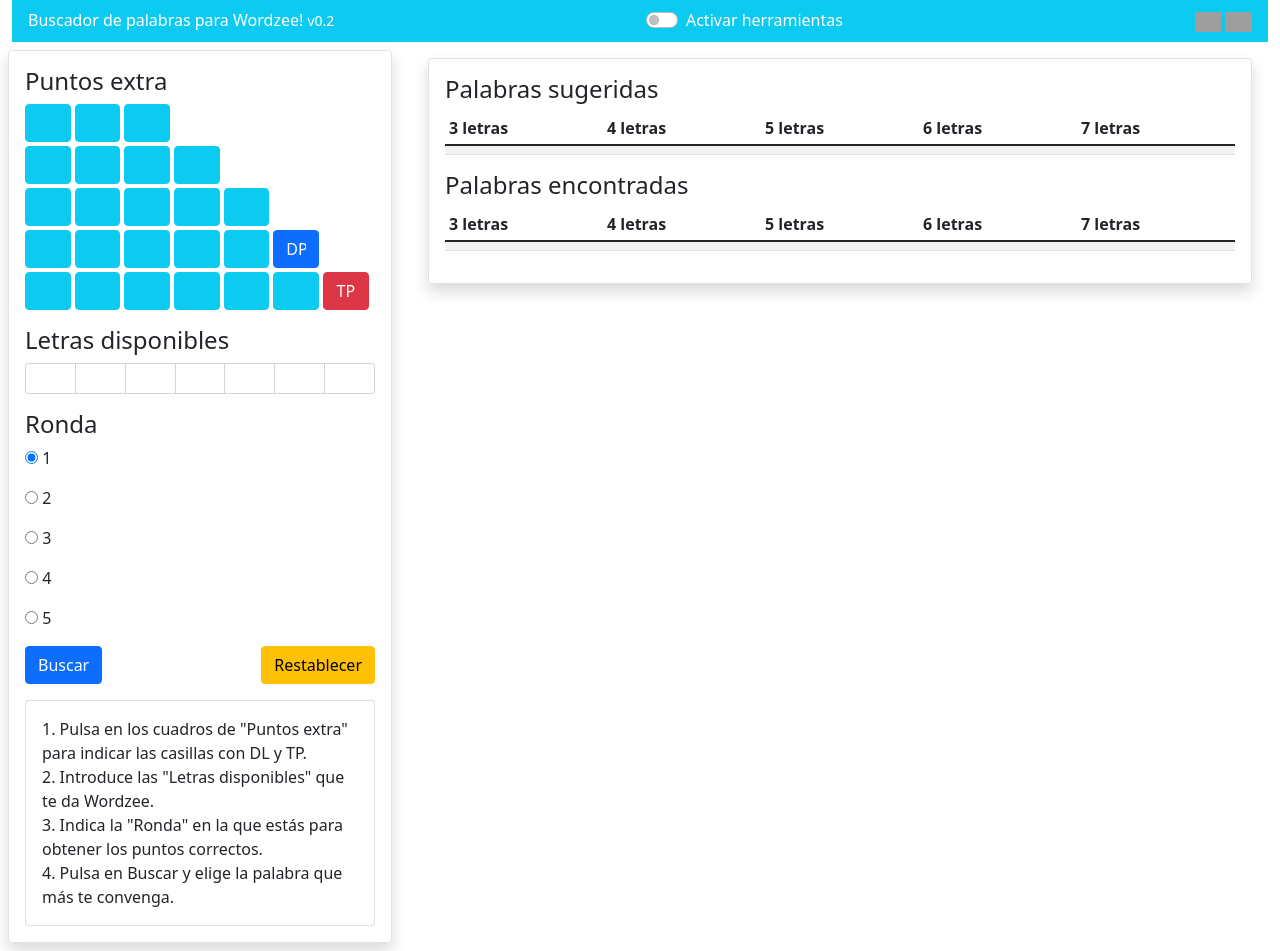
Repository: angelcafe/wordzee-bp_javascript
Page: index.html
These files come from the project's save history. The page is drawn as it stood at one moment and after the next save; the edit follows.
The browser window is 1280 px wide. The pictures show the whole page.
Pictures or frames that could not be fetched are drawn as grey boxes.

Above is the page before, as saved 2021-10-22 22:53:38.

### index.html
<!DOCTYPE html>
<html lang="es">

<head>
    <meta charset="UTF-8">
    <meta name="viewport" content="width=device-width, initial-scale=1">
    <meta http-equiv="Expires" content="0">
    <meta http-equiv="Last-Modified" content="0">
    <meta http-equiv="Cache-Control" content="no-cache, mustrevalidate">
    <meta http-equiv="Pragma" content="no-cache">
    <link rel="icon" href="favicon.ico" type="image/ico" />
    <link rel="stylesheet" href="https://cdn.jsdelivr.net/npm/bootstrap@5.1.3/dist/css/bootstrap.min.css" integrity="sha384-1BmE4kWBq78iYhFldvKuhfTAU6auU8tT94WrHftjDbrCEXSU1oBoqyl2QvZ6jIW3" crossorigin="anonymous">
    <link rel="stylesheet" href="https://cdn.jsdelivr.net/npm/bootstrap-icons@1.5.0/font/bootstrap-icons.css">
    <link rel="stylesheet" href="index.css">
    <title>Busca palabras</title>
</head>

<body>
    <div class="container-fluid">
        <!-- Cabecera -->
        <nav class="nav d-flex justify-content-between bg-info">
            <li class="nav-item">
                <span class="nav-link text-white">Buscador de palabras para Wordzee! <small>v0.2</small></span>
            </li>
            <li class="nav-item">
                <div class="nav-link text-white form-check form-switch">
                    <input class="form-check-input" type="checkbox" role="switch" id="idActivarHerramientas">
                    <label class="form-check-label" for="idActivarHerramientas">Activar herramientas</label>
                </div>
            </li>
            <li class="nav-item">
                <span class="nav-link">
                    <a href="https://www.facebook.com/BuscaPalabras-para-Wordzee-106324508497974" target="_blank"><img src="https://upload.wikimedia.org/wikipedia/commons/5/51/Facebook_f_logo_%282019%29.svg" height="20"></a>
                    <a href="https://t.me/buscadorwordzee" target="_blank"><img src="https://upload.wikimedia.org/wikipedia/commons/thumb/8/83/Telegram_2019_Logo.svg/2048px-Telegram_2019_Logo.svg.png" height="20"></a>
                </span>
            </li>
        </nav>
        <div class="row">
            <div class="col border shadow rounded m-2 p-3 principal">
                <form name="principal" method="POST">
                    <div id="idPuntosExtra">
                        <h4>Puntos extra</h4>
                        <div class="p-0 mb-1">
                            <input type="text" name="pal3let1" id="pal3let1" class="btn btn-info" value="" readonly>
                            <input type="text" name="pal3let2" id="pal3let2" class="btn btn-info" value="" readonly>
                            <input type="text" name="pal3let3" id="pal3let3" class="btn btn-info" value="" readonly>
                        </div>
                        <div class="p-0 mb-1">
                            <input type="text" name="pal4let1" id="pal4let1" class="btn btn-info" value="" readonly>
                            <input type="text" name="pal4let2" id="pal4let2" class="btn btn-info" value="" readonly>
                            <input type="text" name="pal4let3" id="pal4let3" class="btn btn-info" value="" readonly>
                            <input type="text" name="pal4let4" id="pal4let4" class="btn btn-info" value="" readonly>
                        </div>
                        <div class="p-0 mb-1">
                            <input type="text" name="pal5let1" id="pal5let1" class="btn btn-info" value="" readonly>
                            <input type="text" name="pal5let2" id="pal5let2" class="btn btn-info" value="" readonly>
                            <input type="text" name="pal5let3" id="pal5let3" class="btn btn-info" value="" readonly>
                            <input type="text" name="pal5let4" id="pal5let4" class="btn btn-info" value="" readonly>
                            <input type="text" name="pal5let5" id="pal5let5" class="btn btn-info" value="" readonly>
                        </div>
                        <div class="p-0 mb-1">
                            <input type="text" name="pal6let1" id="pal6let1" class="btn btn-info" value="" readonly>
                            <input type="text" name="pal6let2" id="pal6let2" class="btn btn-info" value="" readonly>
                            <input type="text" name="pal6let3" id="pal6let3" class="btn btn-info" value="" readonly>
                            <input type="text" name="pal6let4" id="pal6let4" class="btn btn-info" value="" readonly>
                            <input type="text" name="pal6let5" id="pal6let5" class="btn btn-info" value="" readonly>
                            <input type="text" name="pal6let6" id="pal6let6" class="btn btn-info" value="" readonly>
                        </div>
                        <div class="p-0 mb-3">
                            <input type="text" name="pal7let1" id="pal7let1" class="btn btn-info" value="" readonly>
                            <input type="text" name="pal7let2" id="pal7let2" class="btn btn-info" value="" readonly>
                            <input type="text" name="pal7let3" id="pal7let3" class="btn btn-info" value="" readonly>
                            <input type="text" name="pal7let4" id="pal7let4" class="btn btn-info" value="" readonly>
                            <input type="text" name="pal7let5" id="pal7let5" class="btn btn-info" value="" readonly>
                            <input type="text" name="pal7let6" id="pal7let6" class="btn btn-info" value="" readonly>
                            <input type="text" name="pal7let7" id="pal7let7" class="btn btn-info" value="" readonly>
                        </div>
                    </div>
                    <div id="idLetrasDisponibles">
                        <h4>Letras disponibles</h4>
                        <div class="input-group input-group-sm mb-3" id="letras">
                            <input type="text" name="letra1" id="idLetra1" size="1" maxlength="1" autocomplete="off" required="required" class="form-control text-uppercase" value="">
                            <input type="text" name="letra2" id="idLetra2" size="1" maxlength="1" autocomplete="off" required="required" class="form-control text-uppercase" value="">
                            <input type="text" name="letra3" id="idLetra3" size="1" maxlength="1" autocomplete="off" required="required" class="form-control text-uppercase" value="">
                            <input type="text" name="letra4" id="idLetra4" size="1" maxlength="1" autocomplete="off" required="required" class="form-control text-uppercase" value="">
                            <input type="text" name="letra5" id="idLetra5" size="1" maxlength="1" autocomplete="off" required="required" class="form-control text-uppercase" value="">
                            <input type="text" name="letra6" id="idLetra6" size="1" maxlength="1" autocomplete="off" required="required" class="form-control text-uppercase" value="">
                            <input type="text" name="letra7" id="idLetra7" size="1" maxlength="1" autocomplete="off" required="required" class="form-control text-uppercase" value="">
                        </div>
                    </div>
                    <div id="idRonda">
                        <h4>Ronda</h4>
                        <div class="custom-control custom-radio custom-control-inline mb-3">
                            <input type="radio" id="idRonda1" name="ronda" value="1" class="custom-control-input" checked>
                            <label class="custom-control-label" for="idRonda1">1</label>
                        </div>
                        <div class="custom-control custom-radio custom-control-inline mb-3">
                            <input type="radio" id="idRonda2" name="ronda" value="2" class="custom-control-input">
                            <label class="custom-control-label" for="idRonda2">2</label>
                        </div>
                        <div class="custom-control custom-radio custom-control-inline mb-3">
                            <input type="radio" id="idRonda3" name="ronda" value="3" class="custom-control-input">
                            <label class="custom-control-label" for="idRonda3">3</label>
                        </div>
                        <div class="custom-control custom-radio custom-control-inline mb-3">
                            <input type="radio" id="idRonda4" name="ronda" value="4" class="custom-control-input">
                            <label class="custom-control-label" for="idRonda4">4</label>
                        </div>
                        <div class="custom-control custom-radio custom-control-inline mb-3">
                            <input type="radio" id="idRonda5" name="ronda" value="5" class="custom-control-input">
                            <label class="custom-control-label" for="idRonda5">5</label>
                        </div>
                        <div class="btn-toolbar justify-content-between mt-1">
                            <button type="submit" class="btn btn-primary">Buscar</button>
                            <button type="button" onclick="restablecer()" class="btn btn-warning">Restablecer</button>
                        </div>
                    </div>
                </form>
                <div class="card mt-3">
                    <div class="card-body">
                        1. Pulsa en los cuadros de "Puntos extra" para indicar las casillas con DL y TP.
                        <br>
                        2. Introduce las "Letras disponibles" que te da Wordzee.
                        <br>
                        3. Indica la "Ronda" en la que estás para obtener los puntos correctos.
                        <br>
                        4. Pulsa en Buscar y elige la palabra que más te convenga.
                    </div>
                </div>
            </div>
            <!-- Herramientas -->
            <div class="col d-none border col m-3 p-3 shadow rounded">
                <div id="idHerramientas" class="herramientas">
                    <h4>Herramientas</h4>
                    <form class="row">
                        <div class="col">Palabra nueva:</div>
                        <div class="col">
                            <input name="palabraGuardar" id="palabraGuardar" type="text" minlength="3" maxlength="7" autocomplete="off" required="required" class="form-control text-uppercase" value="">
                        </div>
                        <div class="col">
                            <button id="idGuardar" type="button" class="btn btn-primary">Guardar</button>
                        </div>
                    </form>
                    <form class="row mt-3">
                        <div class="col">Borrar palabra:</div>
                        <div class="col">
                            <input name="palabraBorrar" id="palabraBorrar" type="text" minlength="3" maxlength="7" autocomplete="off" required="required" class="form-control text-uppercase" value="">
                        </div>
                        <div class="col">
                            <button id="idBorrar" type="button" class="btn btn-danger">Borrar</button>
                        </div>
                    </form>
                    <form class="row mt-3">
                        <div class="col">Exportar JSON:</div>
                        <div class="col"></div>
                        <div class="col">
                            <button type="button" onclick="palabras.exportar()" class="btn btn-primary">Exportar</button>
                        </div>
                    </form>
                    <form class="row mt-3">
                        <div class="col">Importar JSON:</div>
                        <div class="col custom-file">
                            <input type="file" class="custom-file-input" accept=".json" id="formFile" required="required">
                            <label class="custom-file-label" for="formFile" data-browse="Elegir"></label>
                        </div>
                        <div class="col input-group-append">
                            <button type="button" class="btn btn-warning" onclick="palabras.importar()">Importar</button>
                        </div>
                    </form>
                </div>
            </div>
        <!-- Palabras sugeridas -->
            <div class="col">
            <div class="border col m-3 p-3 shadow rounded">
                <h4>Palabras sugeridas</h4>
                <table class="table table-sm table-striped table-hover">
                    <thead>
                        <tr>
                            <th>3 letras</th>
                            <th>4 letras</th>
                            <th>5 letras</th>
                            <th>6 letras</th>
                            <th>7 letras</th>
                        </tr>
                    </thead>
                    <tbody>
                        <tr>
                            <td class="noselect"></td>
                            <td class="noselect"></td>
                            <td class="noselect"></td>
                            <td class="noselect"></td>
                            <td class="noselect"></td>
                        </tr>
                    </tbody>
                </table>
                <!-- Palabras encontradas -->
                <h4>Palabras encontradas</h4>
                <table class="table table-sm table-striped table-hover">
                    <thead>
                        <tr>
                            <th>3 letras</th>
                            <th>4 letras</th>
                            <th>5 letras</th>
                            <th>6 letras</th>
                            <th>7 letras</th>
                        </tr>
                    </thead>
                    <tbody>
                        <tr>
                            <td class="menu palenc noselect"></td>
                            <td class="menu palenc noselect"></td>
                            <td class="menu palenc noselect"></td>
                            <td class="menu palenc noselect"></td>
                            <td class="menu palenc noselect"></td>
                        </tr>
                    </tbody>
                </table>
            </div>
        </div>
    </div>
    <div id="modalAlert" class="modal fade" tabindex="-1">
        <div class="modal-dialog">
            <div class="modal-content">
                <div class="modal-header">
                    <h5 class="modal-title"></h5>
                    <button type="button" class="close" data-dismiss="modal" aria-label="Close"></button>
                </div>
                <div class="modal-body">
                    <p>Importación finalizada.</p>
                </div>
                <div class="modal-footer">
                    <button type="button" class="close" data-dismiss="modal" aria-label="Cerrar">
                        <span aria-hidden="true">&times;</span>
                    </button>
                </div>
            </div>
        </div>
    </div>
    <div id="menu">
        <div>
            <i class="bi bi-eraser-fill"></i> Borrar <span id="idBorrarPalabra"></span> de la Base de Datos
        </div>
    </div>
    <script src="https://cdn.jsdelivr.net/npm/bootstrap@5.1.3/dist/js/bootstrap.bundle.min.js" integrity="sha384-ka7Sk0Gln4gmtz2MlQnikT1wXgYsOg+OMhuP+IlRH9sENBO0LRn5q+8nbTov4+1p" crossorigin="anonymous"></script>
    <script src="index.js"></script>
</body>

</html>

### index.css
.herramientas {
    max-width: 26em;
    min-width: 24em;
}
.noselect {
    -webkit-touch-callout: none; /* iOS Safari */
    -webkit-user-select: none; /* Safari */
    -khtml-user-select: none; /* Konqueror HTML */
    -moz-user-select: none; /* Firefox */
    -ms-user-select: none; /* Internet Explorer/Edge */
    user-select: none; /* Non-prefixed version, currently
    supported by Chrome and Opera */
}
.palenc {
    cursor: pointer;
}
.principal {
    max-width: 24em;
    min-width: 24em;
}
.rosa {
    background-color: pink;
}
#idPuntosExtra input {
    width: 13%;
}
#idBorrarPalabra,
#idBotonBuscaPalabras {
    cursor: pointer;
}
#menu {
    position: absolute;
    display: none;
    padding: 0px;
    font-family: sans-serif;
    font-size: 15px;
    background: #fff;
    color: #555;
    border: 1px solid #C6C6C6;
    -webkit-transition: opacity .5s ease-in-out;
    -moz-transition: opacity .5s ease-in-out;
    transition: opacity .5s ease-in-out;
    -webkit-box-shadow: 2px 2px 2px 0px rgba(143, 144, 145, 1);
    -moz-box-shadow: 2px 2px 2px 0px rgba(143, 144, 145, 1);
    box-shadow: 2px 2px 2px 0px rgba(143, 144, 145, 1);
}
#menu div {
    display: block;
    color: #555;
    text-decoration: none;
    padding: 6px 8px 6px 8px;
    width: 294px;
    position: relative;
}
#menu div img,
#menu div i.fa {
    height: 20px;
    font-size: 17px;
    width: 20px;
    position: absolute;
    left: 5px;
    top: 2px;
}
#menu span:hover {
    color: #fff;
    background: #69a0f1;
}
#menu span {
    font-weight: bold;
}

Loaded but not shown: index.js (204 lines, source omitted)

After the next save:
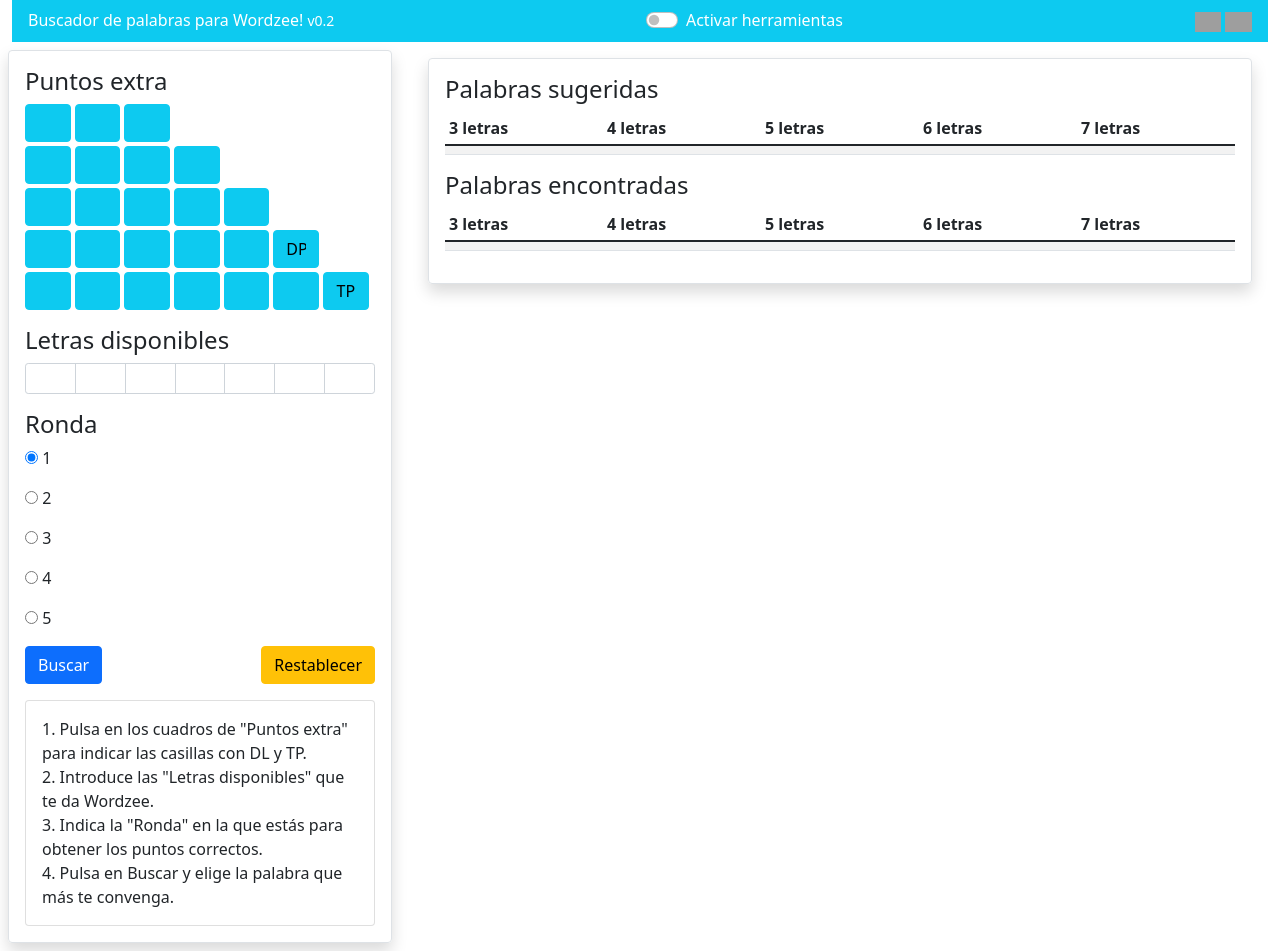
Console error: TypeError: Cannot read properties of null (reading 'addEventListener')
Saved 2 min 20 s later.
--- a/index.html
+++ b/index.html
@@ -41,9 +41,9 @@
                     <div id="idPuntosExtra">
                         <h4>Puntos extra</h4>
                         <div class="p-0 mb-1">
-                            <input type="text" name="pal3let1" id="pal3let1" class="btn btn-info" value="" readonly>
-                            <input type="text" name="pal3let2" id="pal3let2" class="btn btn-info" value="" readonly>
-                            <input type="text" name="pal3let3" id="pal3let3" class="btn btn-info" value="" readonly>
+                            <input type="text" name="pal3let1" class="btn btn-info" value="" readonly>
+                            <input type="text" name="pal3let2" class="btn btn-info" value="" readonly>
+                            <input type="text" name="pal3let3" class="btn btn-info" value="" readonly>
                         </div>
                         <div class="p-0 mb-1">
                             <input type="text" name="pal4let1" id="pal4let1" class="btn btn-info" value="" readonly>
